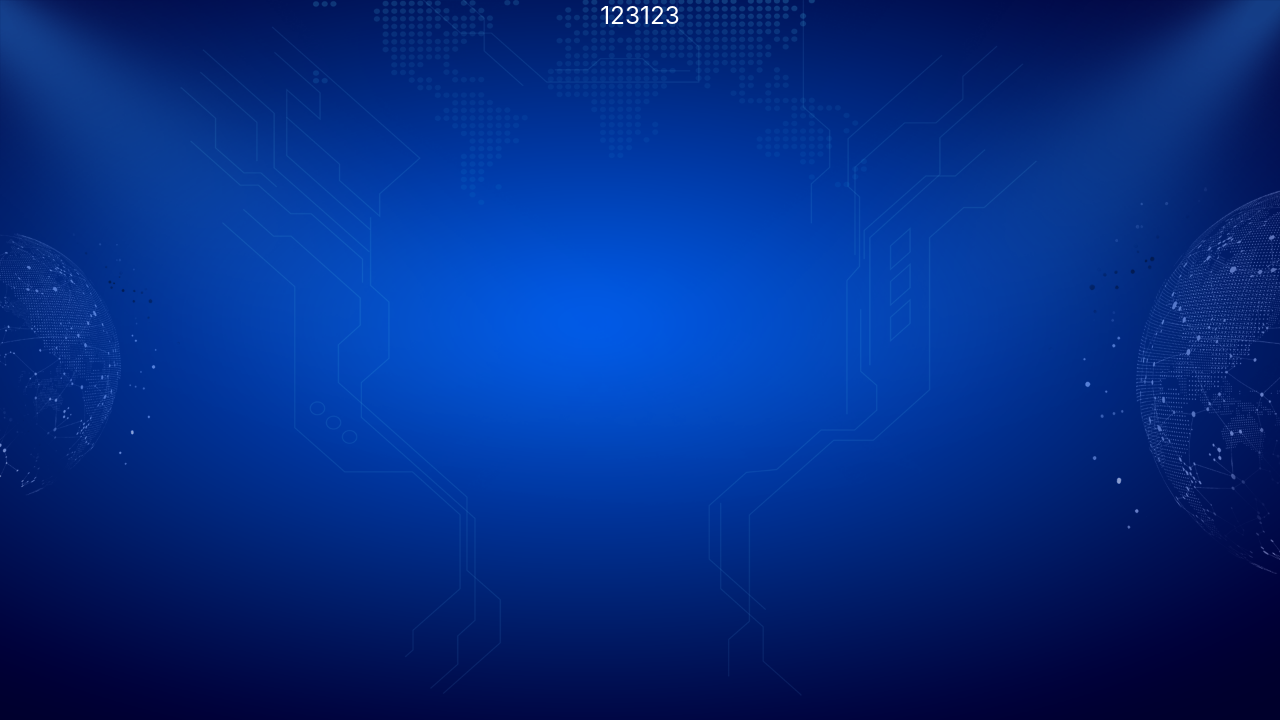
Repository: lizzie7d/smart-traffic
Page: /
An editor plug-in stored every save of this project. The page is shown before and after the next save, followed by the edit.
The browser window is 1280 px wide. The pictures show the whole page.
The project was rebuilt for these pictures with package versions that can differ from the ones it lists, and the page was loaded fresh each time.

Above is the page before, as saved 2023-04-11 16:02:36.

### src/App.js
import "./App.css";
import MainPage from "./pages/main";

function App() {
  return (
    <div className="App">
      <header className="App-header">
        <MainPage />
      </header>
    </div>
  );
}

export default App;

### src/App.css
.App {
  text-align: center;
}


.App-header {
  /* background-color: #282c34; */
  min-height: 100vh;
  display: flex;
  background-image: url(./assets/bg-image.png);
background-repeat: no-repeat;
background-size: 100%;
  flex-direction: column;
  font-size: calc(10px + 2vmin);
  color: white;
}

.App-link {
  color: #61dafb;
}

@keyframes App-logo-spin {
  from {
    transform: rotate(0deg);
  }
  to {
    transform: rotate(360deg);
  }
}

### src/pages/main.jsx
import React from 'react';
import './style.css'
const MainPage = () => {
    return (
        <div className="main-container">
            123123
        </div>
    )
}
export default MainPage;

### src/pages/style.css
.main-container{

height: 100%;
width: 100%;
}

Loaded but not shown: public/index.html (common file); src/index.js (common file); src/index.css (common file); src/reportWebVitals.js (common file)

After the next save:
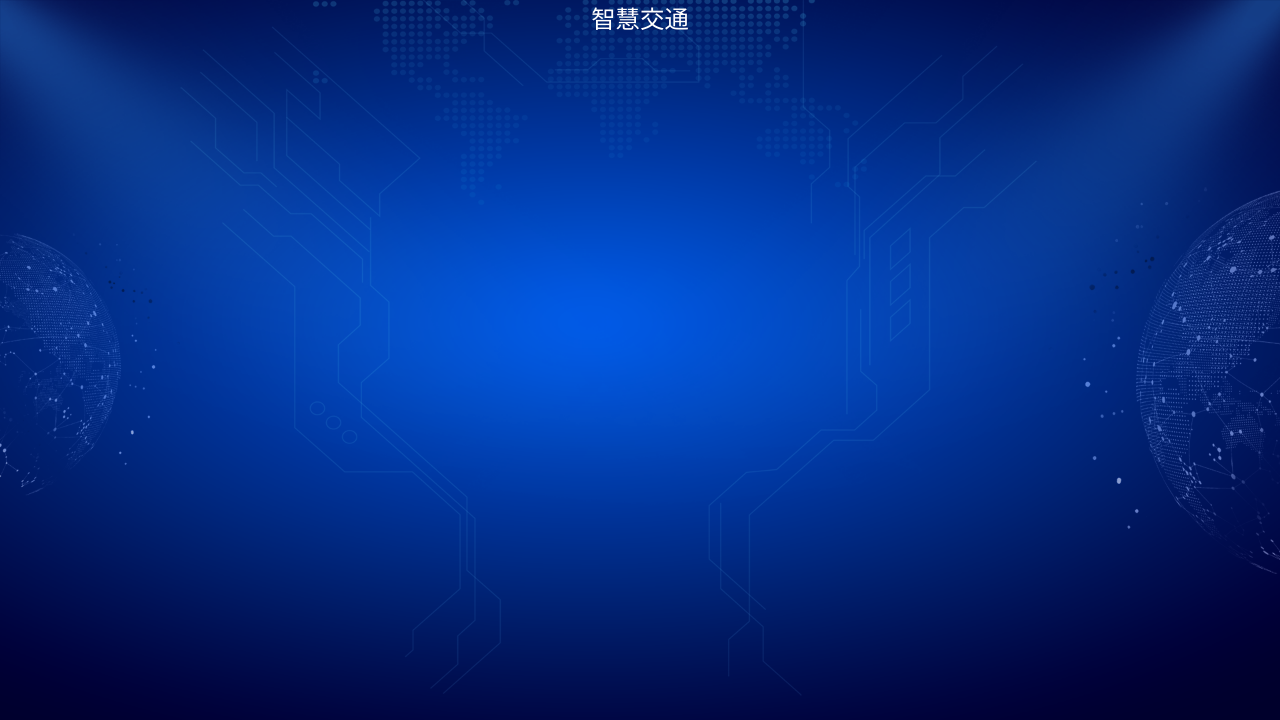
Saved 16 s later.
--- a/src/pages/main.jsx
+++ b/src/pages/main.jsx
@@ -3,7 +3,7 @@ import './style.css'
 const MainPage = () => {
     return (
         <div className="main-container">
-            123123
+            智慧交通
         </div>
     )
 }
